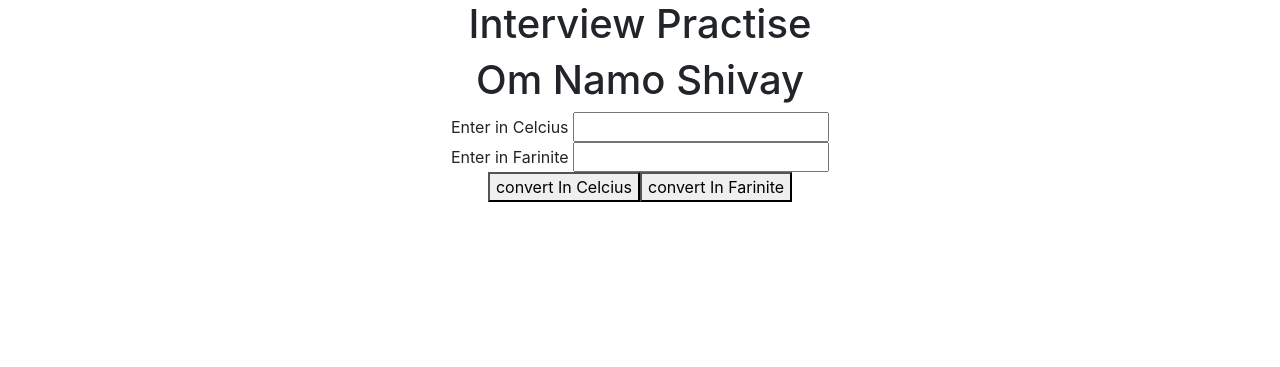
Repository: punitbathija/Machine-Round-React
Page: /
The author's editor kept a copy of each file at every save. The page is drawn from the files as they stood at one save, then again after the next save.
The browser window is 1280 px wide. The pictures show the whole page.
The project was rebuilt for these pictures with package versions that can differ from the ones it lists, and the page was loaded fresh each time. Also part of the build but not shown: src/components/counter.jsx, src/components/ProgressBar.js, src/components/CurrencyCoverter.js.

Above is the page before, as saved 2023-06-01 14:15:08.

### src/index.js
import React from "react";
import ReactDOM from "react-dom/client";
import Counter from "./components/counter";
import "./index.css";
import ProgressBar from "./components/ProgressBar";
import CurrencyCoverter from "./components/CurrencyCoverter";
import TempratureConveter from "./components/TempratureConveter";
// import FetchApi from "./components/FetchApi";

const root = ReactDOM.createRoot(document.getElementById("root"));
root.render(
  <>
    <h1 className="text-center">Interview Practise</h1>
    {/* <Counter /> */}
    {/* <FetchApi /> */}
    {/* <ProgressBar /> */}
    {/* <CurrencyCoverter /> */}
    <TempratureConveter />
  </>
);

### src/components/TempratureConveter.js
import React, { useEffect, useState } from "react";

const TempratureConveter = () => {
  const [inCelcius, setInCelcius] = useState("");
  const [inFarinite, setInFarinite] = useState("");

  const convertInFarinites = () => {
    setInFarinite((inCelcius * 9) / 5 + 32);
  };

  const convertInCelcius = () => {
    setInCelcius((inFarinite - 32) * (5 / 9));
  };

  //   useEffect(() => {}, [inCelcius, inFarinite]);

  return (
    <div style={{ textAlign: "center" }}>
      <h1>Om Namo Shivay</h1>
      <span>Enter in Celcius </span>
      <input onChange={(e) => setInCelcius(e.target.value)} value={inCelcius} />
      <br />
      <span>Enter in Farinite </span>
      <input
        onChange={(e) => setInFarinite(e.target.value)}
        value={inFarinite}
      />
      <br />
      <button onClick={convertInCelcius}>convert In Celcius</button>
      <button onClick={convertInFarinites}>convert In Farinite</button>
    </div>
  );
};

export default TempratureConveter;

Loaded but not shown: public/index.html (common file); src/index.css (common file)

After the next save:
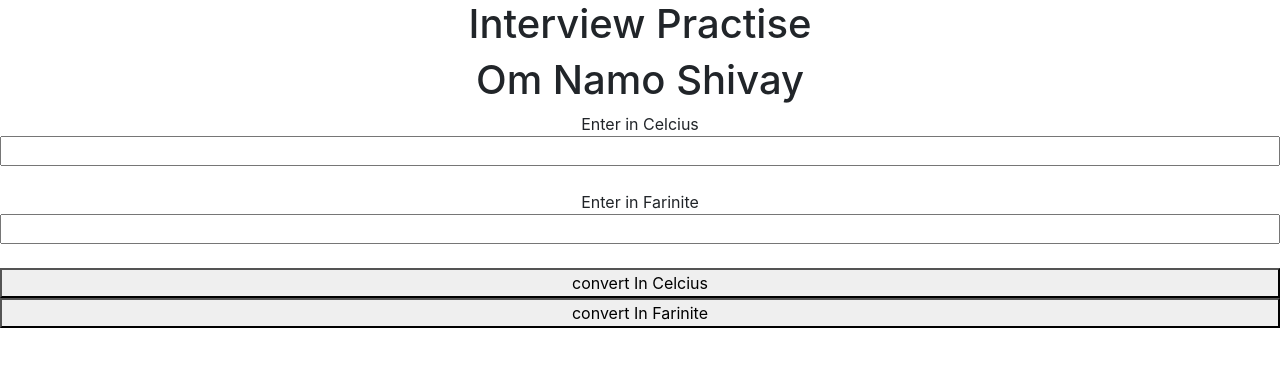
Saved 20 s later.
--- a/src/components/TempratureConveter.js
+++ b/src/components/TempratureConveter.js
@@ -15,7 +15,9 @@ const TempratureConveter = () => {
   //   useEffect(() => {}, [inCelcius, inFarinite]);
 
   return (
-    <div style={{ textAlign: "center" }}>
+    <div
+      style={{ textAlign: "center", display: "flex", flexDirection: "column" }}
+    >
       <h1>Om Namo Shivay</h1>
       <span>Enter in Celcius </span>
       <input onChange={(e) => setInCelcius(e.target.value)} value={inCelcius} />
